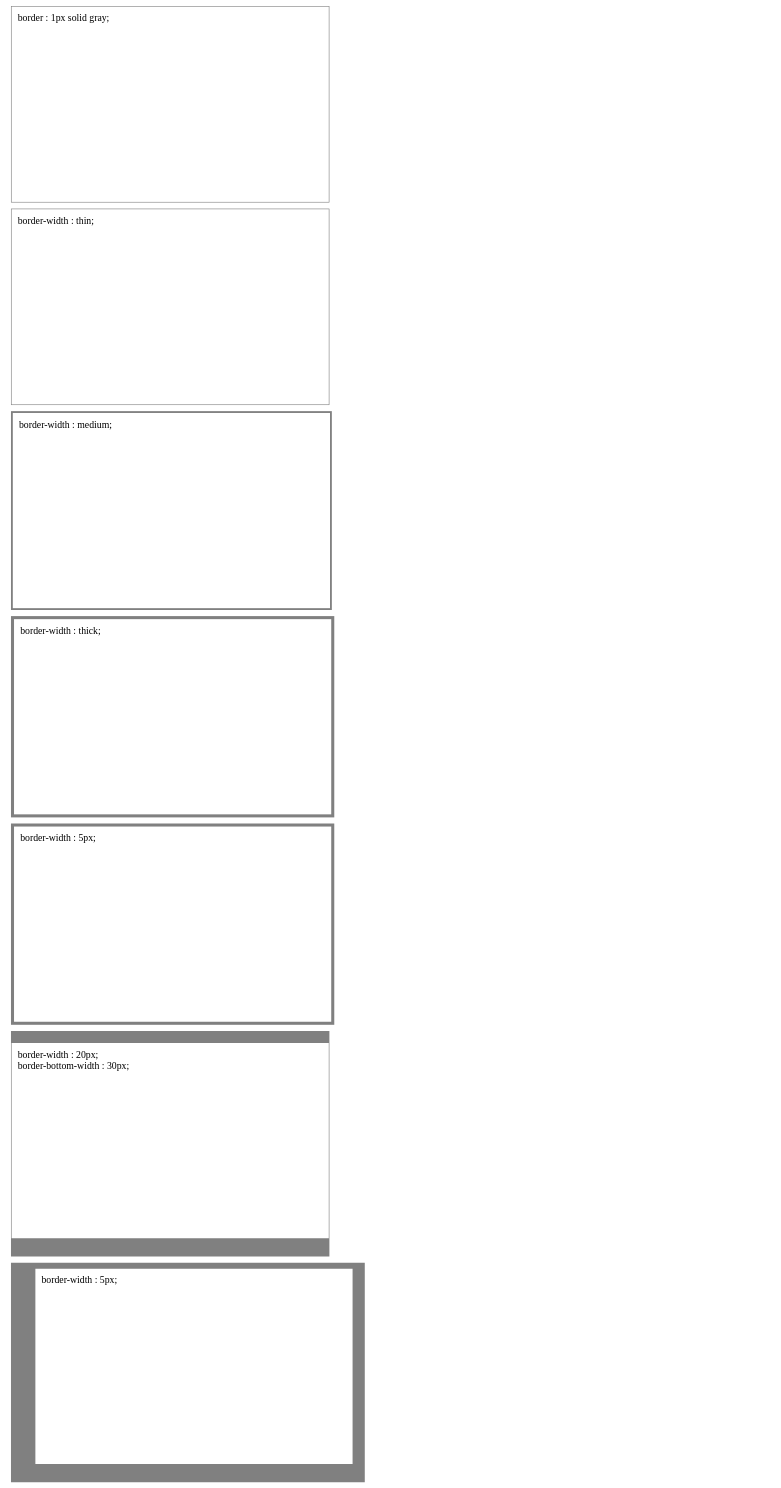
Repository: yul3220/WebProgrammingLecture
Page: webpro/WebContent/2021-01-11/border.html
The author's editor kept a copy of each file at every save. The page is drawn from the files as they stood at one save, then again after the next save.
The browser window is 1280 px wide. The pictures show the whole page, at 61% of full size.

Above is the page before, as saved 2021-01-11 02:31:05.

### webpro/WebContent/2021-01-11/border.html
<!DOCTYPE html>
<html>
<head>
<meta charset="UTF-8">
<title>Insert title here</title>
<style>
div{
	width : 500px;
	height : 300px;
	border : 1px solid gray;
	padding : 10px;
	margin : 10px;
}
#d2{
	border-width : thin;
}
#d3{
	border-width : medium;
	/*thick은 5px보다 약간 얇다*/
}
#d4{
	border-width : thick;
	/*thick은 5px보다 약간 더 뚜겁다*/
}
#d5{
	border-width : 5px;
}
#d6{
	border-top-width : 20px;
	border-bottom-width : 30px;
}
#d7{
	border-width: 10px 20px 30px 40px;
}
</style>
</head>
<body>
<div id="d1">border : 1px solid gray;</div>
<div id="d2">border-width : thin;</div>
<div id="d3">border-width : medium;</div>
<div id="d4">border-width : thick;</div>
<div id="d5">border-width : 5px;</div>
<div id="d6">
 		border-width : 20px;<br>
		border-bottom-width : 30px;<br>
</div>
<div id="d7">border-width : 5px;</div>
</body>
</html>

After the next save:
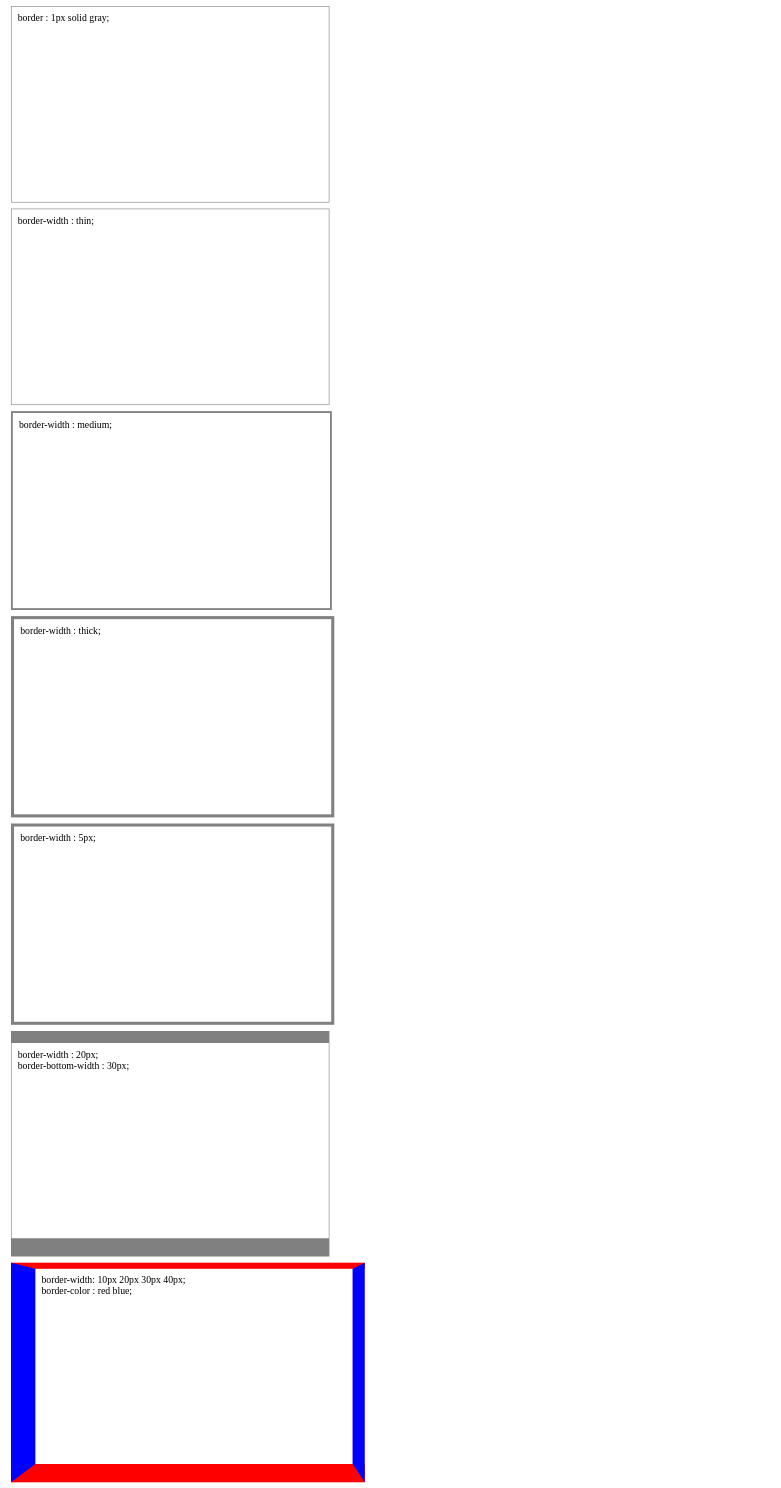
Saved 3 min 3 s later.
--- a/webpro/WebContent/2021-01-11/border.html
+++ b/webpro/WebContent/2021-01-11/border.html
@@ -31,6 +31,7 @@ div{
 }
 #d7{
 	border-width: 10px 20px 30px 40px;
+	border-color : red blue;
 }
 </style>
 </head>
@@ -44,6 +45,9 @@ div{
  		border-width : 20px;<br>
 		border-bottom-width : 30px;<br>
 </div>
-<div id="d7">border-width : 5px;</div>
+<div id="d7">
+    border-width: 10px 20px 30px 40px;<br>
+	border-color : red blue;<br>
+	</div>
 </body>
 </html>
